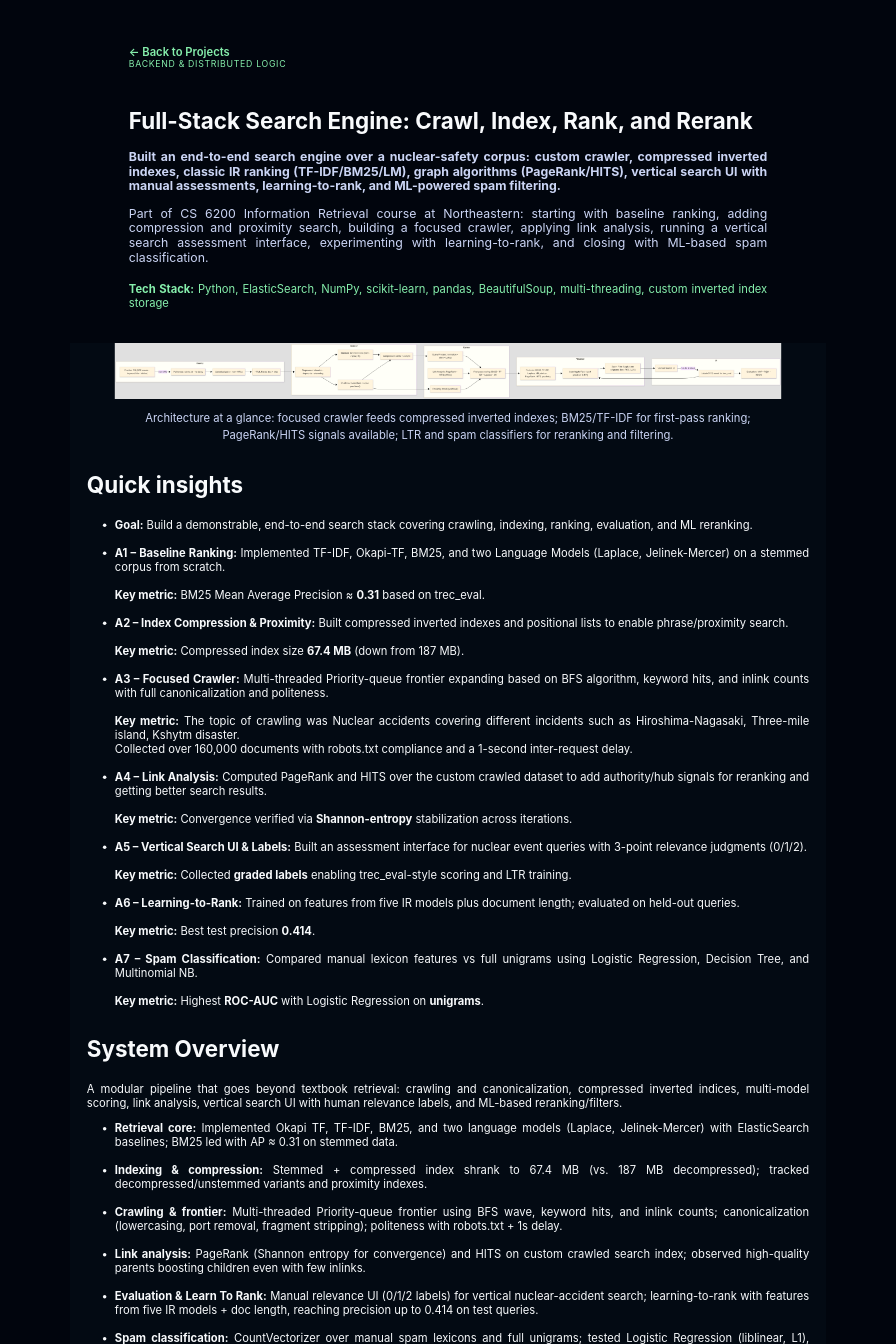
Repository: Abdulaziz-04/Abdulaziz-04.github.io
Page: deepdives/backend_systems/search_engine/search_engine.html
The author's editor kept a copy of each file at every save. The page is drawn from the files as they stood at one save, then again after the next save.
The browser window is 1280 px wide. The pictures show the part of the page from y = 0 to 1920 px (the page is 4602 px tall before and 5722 px after), at 70% of full size.
A picture or video elsewhere on the page could not be fetched, so the positions and the page height are approximate.

Above is the page before, as saved 2025-11-21 19:18:33.

After the next save:
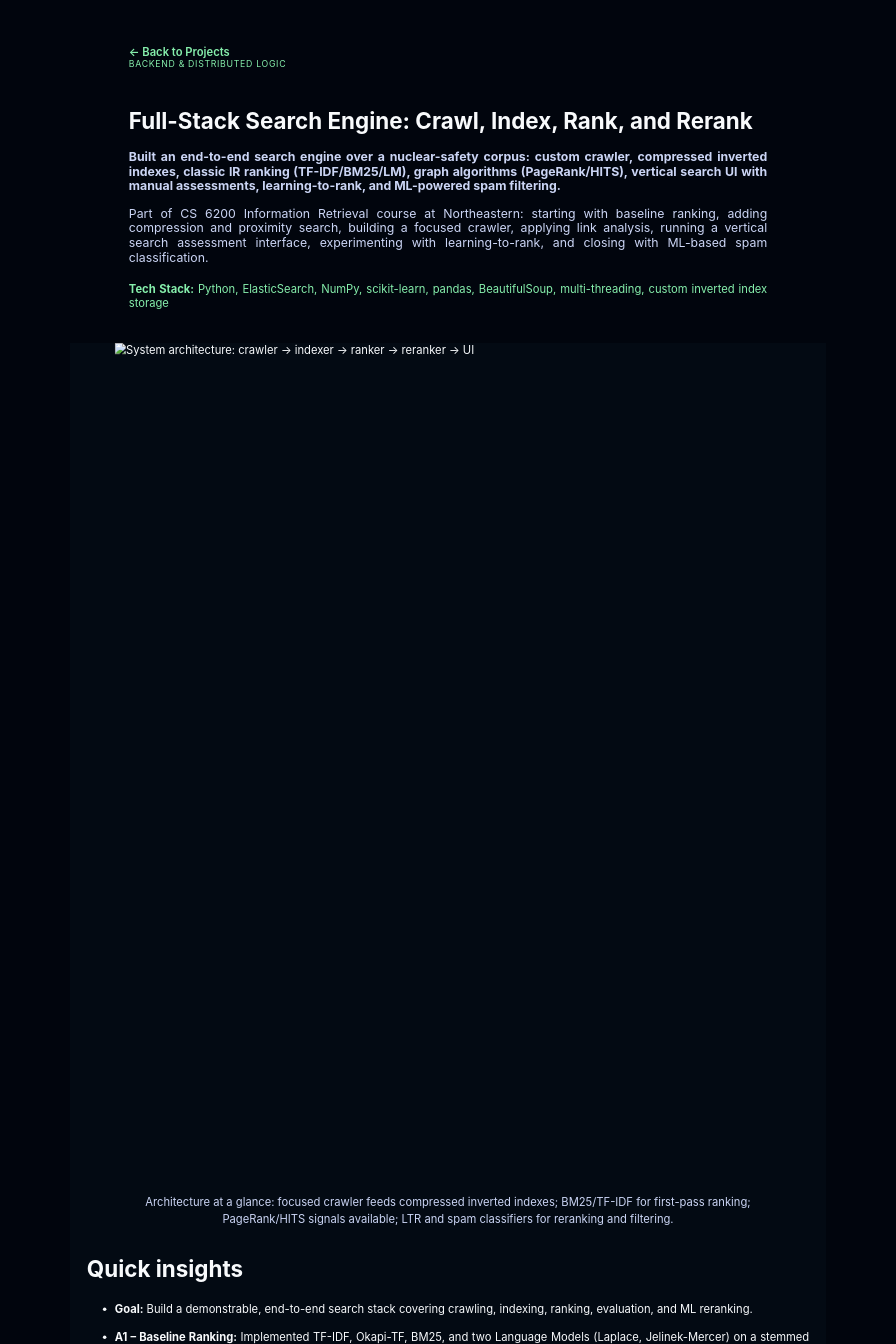
Not found: deepdives/backend_systems/search_engine/images/flow_v.png
Saved 3 min 51 s later.
--- a/deepdives/backend_systems/search_engine/search_engine.html
+++ b/deepdives/backend_systems/search_engine/search_engine.html
@@ -55,14 +55,15 @@
       <section class="detail-section detail-hero-gif">
         <figure class="gallery-item gallery-item--wide" style="max-width: none">
           <img
-            src="./images/flow.png"
+            src="./images/flow_v.png"
             alt="System architecture: crawler → indexer → ranker → reranker → UI"
             style="
               display: block;
               margin: 0 auto;
               width: 100%;
               max-width: none;
-              height: 200%;
+              height: auto;
+              min-height: 1200px;
             "
           />
           <figcaption style="text-align: center">

After the save that followed:
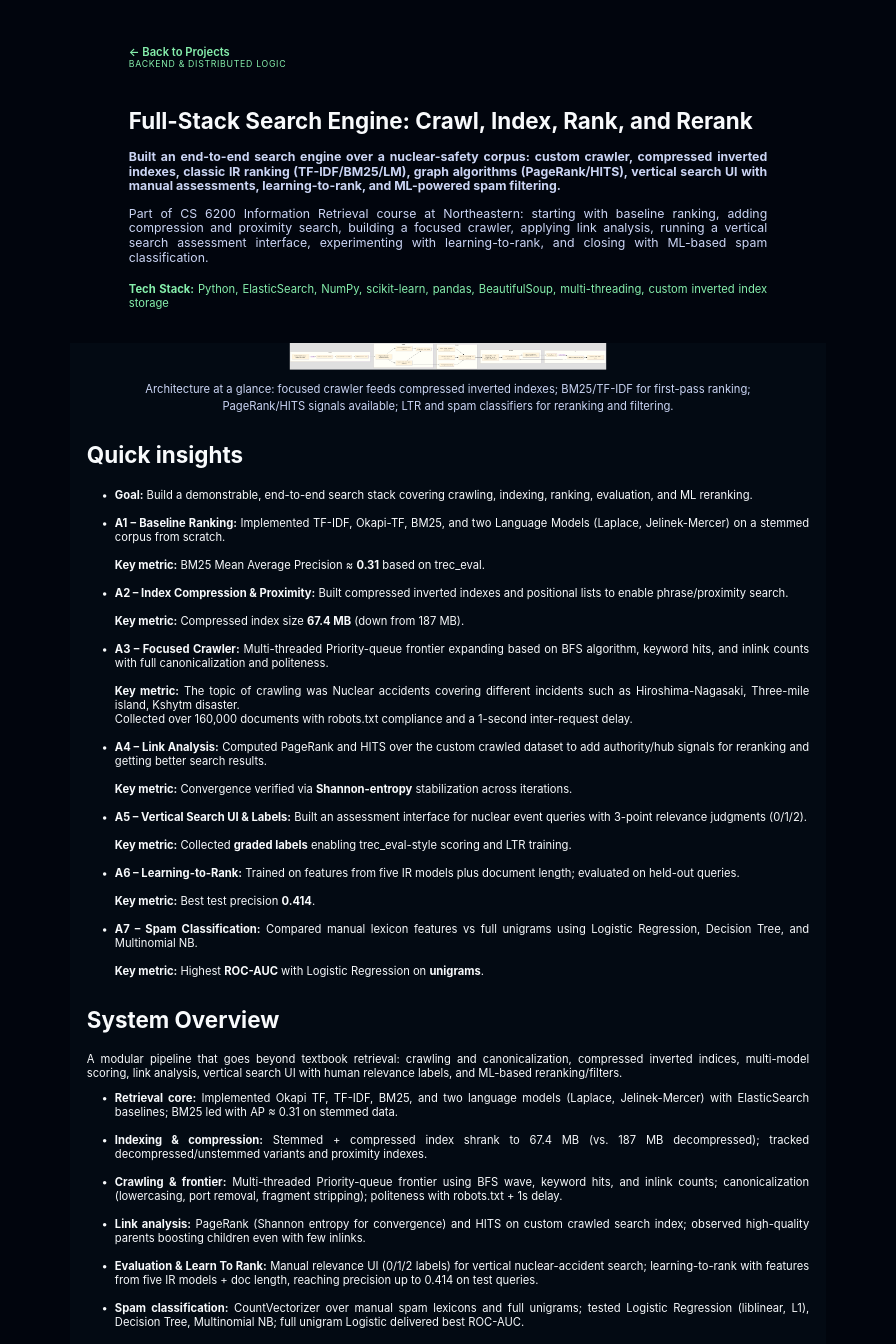
Saved 3 min 20 s later.
--- a/deepdives/backend_systems/search_engine/search_engine.html
+++ b/deepdives/backend_systems/search_engine/search_engine.html
@@ -53,17 +53,15 @@
     <main class="section detail-content">
       <!-- HERO IMAGE -->
       <section class="detail-section detail-hero-gif">
-        <figure class="gallery-item gallery-item--wide" style="max-width: none">
+        <figure class="gallery-item gallery-item--wide">
           <img
-            src="./images/flow_v.png"
+            src="./images/flow.png"
             alt="System architecture: crawler → indexer → ranker → reranker → UI"
             style="
               display: block;
               margin: 0 auto;
-              width: 100%;
-              max-width: none;
+              max-width: 47.5%;
               height: auto;
-              min-height: 1200px;
             "
           />
           <figcaption style="text-align: center">
